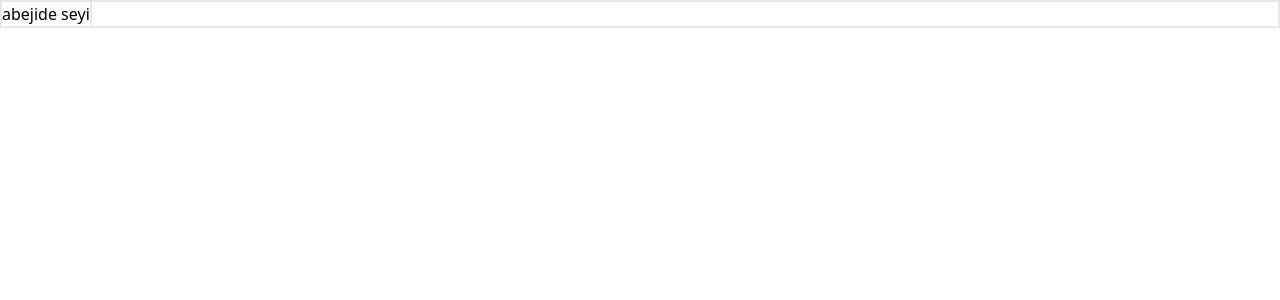
Repository: Semanmernstack/chat-mini
Page: /
These files come from the project's save history. The page is drawn as it stood at one moment and after the next save; the edit follows.
The browser window is 1280 px wide. The pictures show the whole page.
The project was rebuilt for these pictures with package versions that can differ from the ones it lists, and the page was loaded fresh each time. Also part of the build but not shown: src/features/counter/Counter.module.css, src/features/counter/Counter.js.

Above is the page before, as saved 2022-11-14 05:12:29.

After the next save:
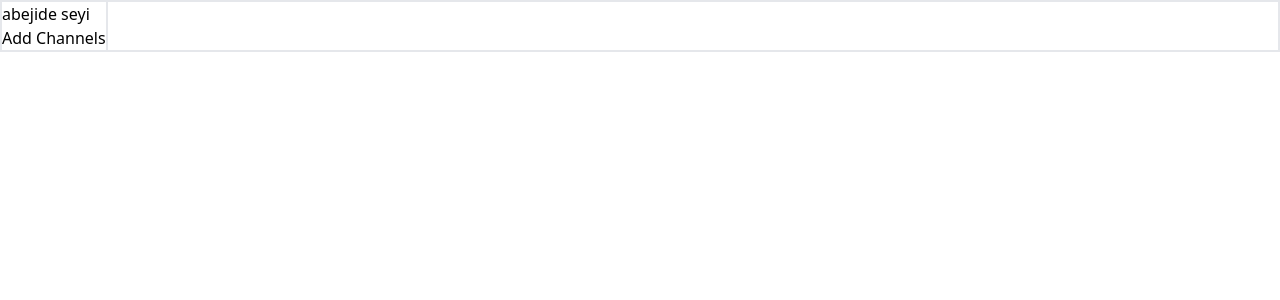
Saved 2 min 27 s later.
--- a/src/Sidebar.js
+++ b/src/Sidebar.js
@@ -2,10 +2,11 @@ import React from 'react'
 
 function Sidebar() {
   return (
-    <div className="flex flex-0.4 border-r-2">
+    <div className="flex flex-col flex-0.4 border-r-2">
         <div>
             <h1>abejide seyi</h1>
         </div>
+        <div>Add Channels</div>
     </div>
   )
 }
